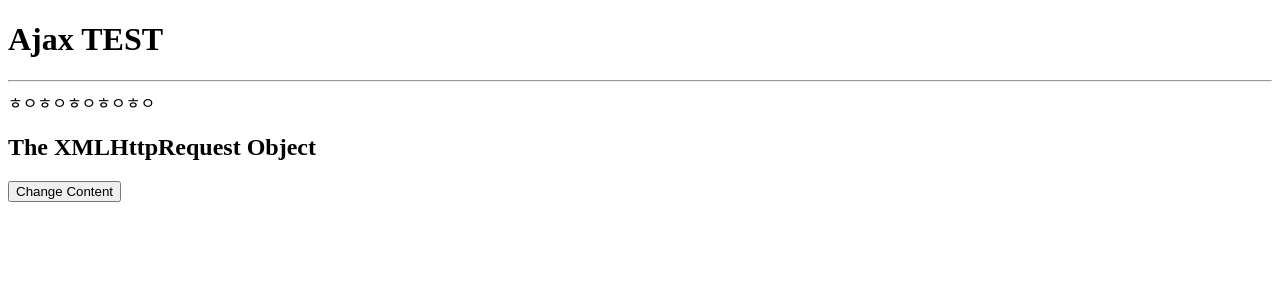
Repository: heonyKim/JSP
Page: http://localhost/blog/test/ajaxtest.jsp
An editor plug-in stored every save of this project. The page is shown before and after the next save, followed by the edit.
The browser window is 1280 px wide. The pictures show the whole page.
The page is served by Tomcat 9.

Above is the page before, as saved 2019-11-01 02:49:49.

After the next save:
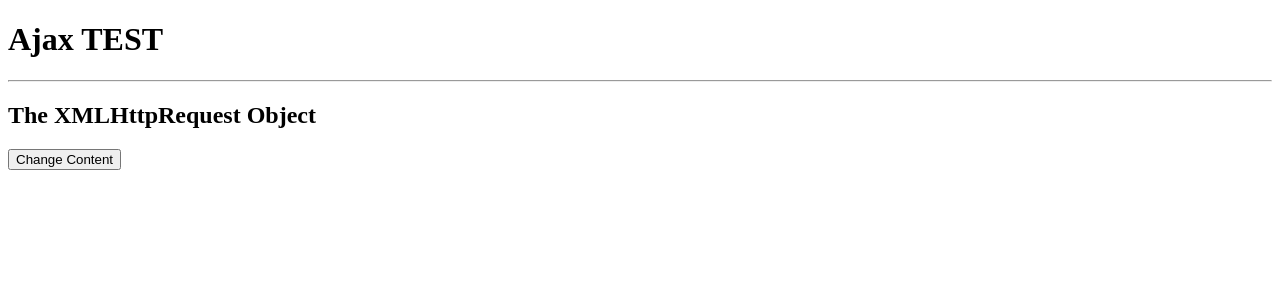
Saved 12 s later.
--- a/blog_project/blog/WebContent/test/ajaxtest.jsp
+++ b/blog_project/blog/WebContent/test/ajaxtest.jsp
@@ -8,7 +8,7 @@
 <body>
 	<h1>Ajax TEST</h1>
 	<hr>
-	<div id="content">ㅎㅇㅎㅇㅎㅇㅎㅇㅎㅇ</div>
+
 
 	<div id="demo">
 		<h2>The XMLHttpRequest Object</h2>
